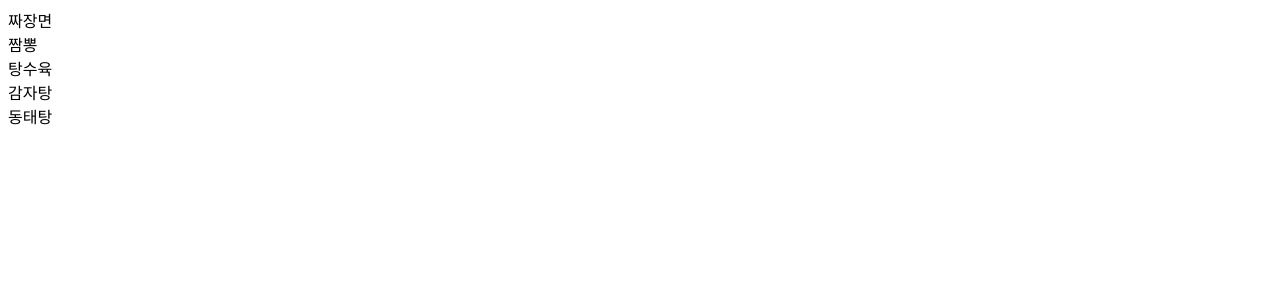
Repository: goalki/pension
Page: http://localhost/pension/etc/js2.jsp
An editor plug-in stored every save of this project. The page is shown before and after the next save, followed by the edit.
The browser window is 1280 px wide. The pictures show the whole page.
The page is served by Tomcat 9.

Above is the page before, as saved 2021-01-15 04:59:56.

After the next save:
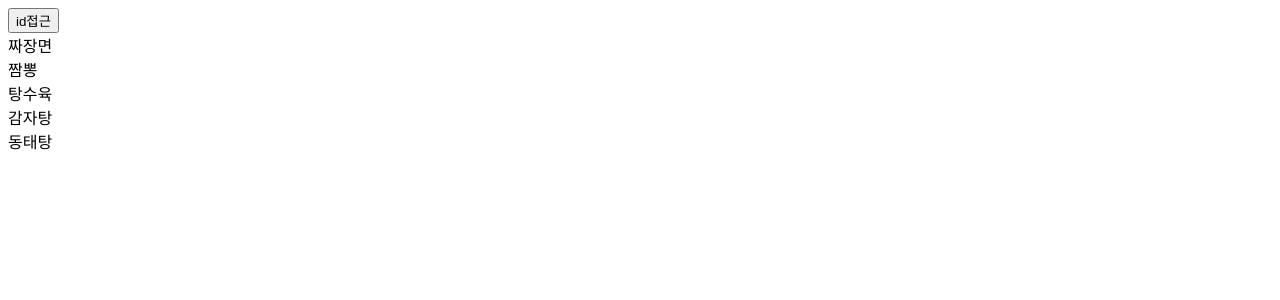
Saved 27 s later.
--- a/pension/WebContent/etc/js2.jsp
+++ b/pension/WebContent/etc/js2.jsp
@@ -5,8 +5,16 @@
 <head>
 <meta charset="UTF-8">
 <title>Insert title here</title>
+ <script>
+   function imsi()
+   {
+	   // 탕수육의 글자를 빨강색으로
+	   document.all.menu[2].style.color="red";
+   }
+ </script>
 </head>
 <body>
+ <input type="button" value="id접근" onclick="imsi()">
   <div id="menu"> 짜장면 </div>
   <div id="menu"> 짬뽕 </div>
   <div id="menu"> 탕수육 </div>
